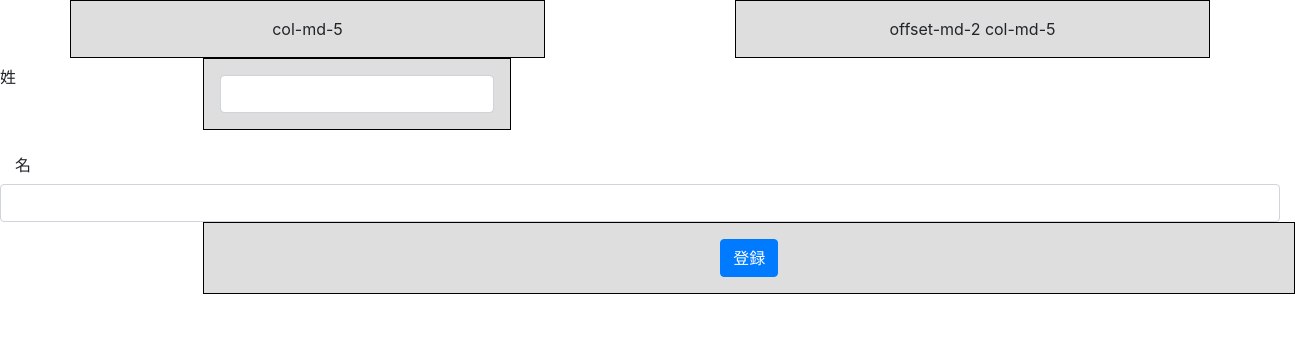
Repository: ichiro-fujii/kadai-commit
Page: lesson-htmlcss/bootstrap_lesson.html
The author's editor kept a record of every edit. The page is drawn from the files as they stood at one moment, then again after the next edit.
The browser window is 1280 px wide. The page is 1295 px wide, so the pictures cover 1295 px, including what lies to the right of the window. The pictures show the whole page.
Some web libraries are served in a nearby version.

Above is the page before.

### lesson-htmlcss/bootstrap_lesson.html
<!DOCTYPE html>
<html lang="ja">
    <head>
        <!--Required meta tags -->
        <meta charset="utf-8">
        <meta name="viewport" content="width=device-width, initial-scale=1,shrink-to-fit=no">

        <!--Bootstrap CSS-->
        <link rel="stylesheet" href="https://stackpath.bootstrapcdn.com/bootstrap/4.2.1/css/bootstrap.min.css">

        <title>Grid System Test</title>

        <style>
            .row div{
                border: 1px solid #000;
                padding: 1em;
                text-align: center;
                background-color: #dedede;
            }

        </style>
    </head>
    <body>
        <div class="container">
            <div class="row">
                <div class="col-md-5">col-md-5</div>
                <div class="offset-md-2 col-md-5">offset-md-2 col-md-5</div>
            </div>
        </div>

        <!--Optkonal JavaScript-->
        <!--jquery first,then popper.js,then Bootstrap JS,then Font Awesome -->
        <script src="https://code.jquery.com/jquery-3.3.1.slim.min.js"></script>
        <script src="https://cdnjs.coudflare.com/ajax/libs/popper.js/1.14.6/umd/popper.min.js"></script></script>
        <script src="https://stackpath.bootstrapcdn.com/bootstrap/4.2.1/js/bootstrap.min.js"></script>
        <script defer src="https://use.fontawesome.com/releases/v5.7.2/js/all.js"></script>
    <form>
        <!--1行-->
        <div class="form-group row">
            <label class="col-2 col-form-label">姓</label>
            <div class-"col-10">
                <input type="text" class="form-control" name="lastname">

            </div>
        </div>
        <div class-"form-group row">
            <label class="col-2 col-form-label">名</label>
            <div class-"col-10">
                <input type="text" class="form-control" name="firstname">

            </div>
        </div>
        <!--1行-->
        <div class="form-group row">
            <div class="offset-2 col-10">
                <button type="submit" class="btn btn-primary">登録</button>
            </div>
        </div>
    </form>
    </body>
</html>

After the next edit:
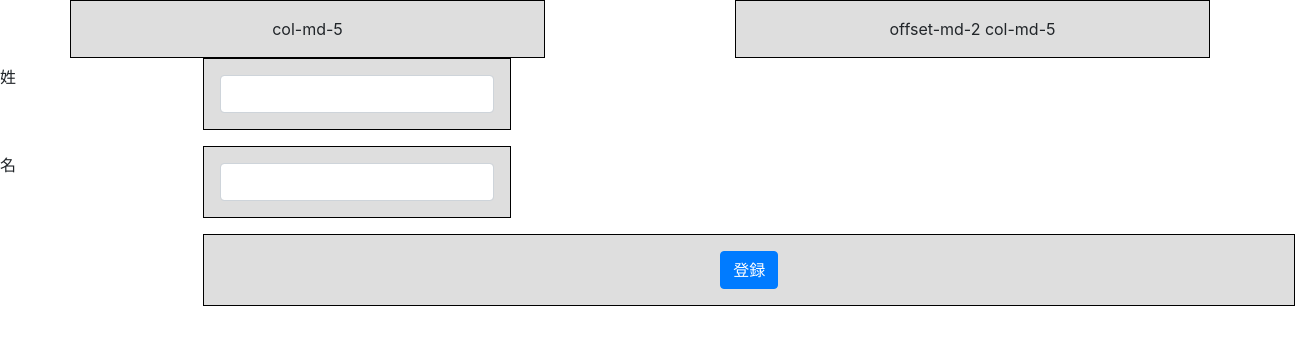
The edit:
--- a/lesson-htmlcss/bootstrap_lesson.html
+++ b/lesson-htmlcss/bootstrap_lesson.html
@@ -43,7 +43,7 @@
 
             </div>
         </div>
-        <div class-"form-group row">
+        <div class="form-group row">
             <label class="col-2 col-form-label">名</label>
             <div class-"col-10">
                 <input type="text" class="form-control" name="firstname">
